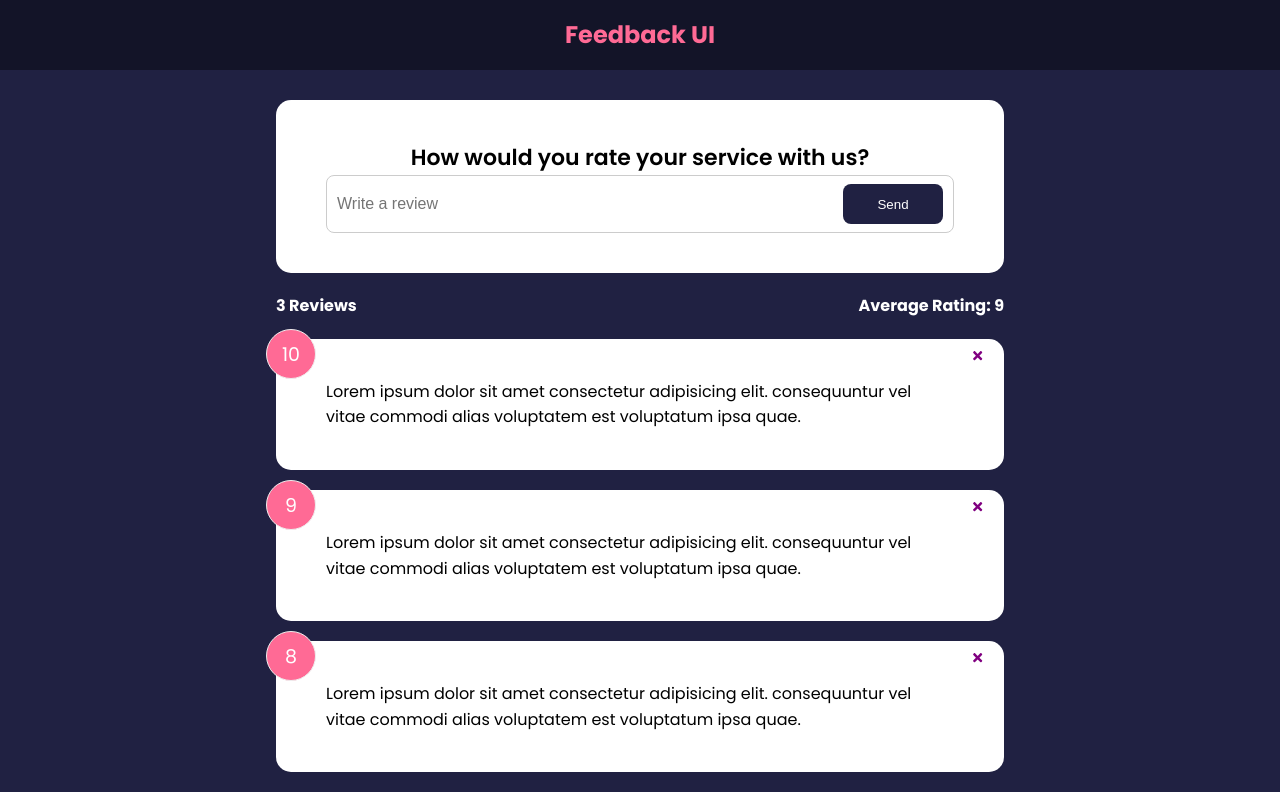
Repository: minhtien9/Feedback_App
Page: /
An editor plug-in stored every save of this project. The page is shown before and after the next save, followed by the edit.
The browser window is 1280 px wide. The pictures show the whole page.
The project was rebuilt for these pictures with package versions that can differ from the ones it lists, and the page was loaded fresh each time.

Above is the page before, as saved 2022-02-18 14:46:48.

### src/index.css
@import url('https://fonts.googleapis.com/css2?family=Poppins:wght@400;600;700&display=swap');

* {
    box-sizing: border-box;
    margin: 0;
    padding: 0;
}

body {
    font-family: 'Poppins', sans-serif;
    background-color: #202142;
    color: #fff;
    line-height: 1.6;
}

ul {
    list-style: none;
}

.container {
    max-width: 768px;
    margin: auto;
    padding: 0 20px;
}

header {
    height: 70px;
    width: 100%;
    display: flex;
    justify-content: space-between;
    align-items: center;
    margin-bottom: 30px;
}

.card {
    background-color: #fff;
    color: #333;
    border-radius: 15px;
    padding: 40px 50px;
    margin: 20px 0;
    position: relative;
}

.card.reverse {
    background-color: rgba(0, 0, 0, 0.4);
    color: #fff;
}

.card h2 {
    font-size: 22px;
    font-weight: 600;
    text-align: center;
}

.rating {
    display: flex;
    align-items: center;
    justify-content: space-around;
    margin: 30px 0 40px;
}

.rating li,
.num-display {
    position: relative;
    background: #f4f4f4;
    width: 50px;
    height: 50px;
    padding: 10px;
    text-align: center;
    border-radius: 50%;
    font-size: 19px;
    border: 1px #eee solid;
    transition: 0.3s;
}

.rating li label {
    position: absolute;
    top: 50%;
    left: 50%;
    width: 50px;
    height: 50px;
    padding: 10px;
    border-radius: 50%;
    transform: translate(-50%, -50%);
    cursor: pointer;
}

.rating li:hover,
.num-display {
    background: #ff6a95;
    color: #fff;
}

[type='radio'] {
    opacity: 0;
}

[type='radio']:checked ~ label {
    background: #ff6a95;
    color: #fff;
}

.input-group {
    display: flex;
    flex-direction: row;
    border: 1px solid #ccc;
    padding: 8px 10px;
    border-radius: 8px;
}

input {
    flex-grow: 2;
    border: none;
    font-size: 16px;
}

input:focus {
    outline: none;
}

.feedback-stats {
    color: #fff;
    display: flex;
    justify-content: space-between;
    align-items: center;
}

.num-display {
    position: absolute;
    top: -10px;
    left: -10px;
}

.close,
.edit {
    position: absolute;
    top: 10px;
    right: 20px;
    cursor: pointer;
    background: none;
    border: none;
}

.edit {
    right: 40px;
}

.btn {
    color: #fff;
    border: 0;
    border-radius: 8px;
    color: #fff;
    width: 100px;
    height: 40px;
    cursor: pointer;
}

.btn-primary {
    background-color: #202142;
}

.btn-secondary {
    background: #ff6a95;
}

.btn:hover {
    transform: scale(0.98);
    opacity: 0.9;
}

.btn:disabled {
    background-color: #cccccc;
    color: #333;
    cursor: auto;
}

.btn:disabled:hover {
    transform: scale(1);
    opacity: 1;
}

.message {
    padding-top: 10px;
    text-align: center;
    color: rebeccapurple;
}

/* FIX: Remove position: absolute to keep about icon at the bottom of the
 * document */
.about-link {
    display: flex;
    justify-content: flex-end;
}

/* FIX: Remove position: absolute to keep about icon at the bottom of the
 * document */
.about-link a {
    color: #fff;
    cursor: pointer;
}

.about-link a:hover {
    color: #ff6a95;
}

.about h1 {
    margin-bottom: 20px;
}

.about p {
    margin: 10px 0;
}

@media (max-width: 600px) {
    .rating li {
        margin: 10px 3px;
    }

    .rating {
        display: flex;
        align-items: center;
        justify-content: center;
        flex-wrap: wrap;
        margin: 30px 0 40px;
    }

    .input-group input {
        width: 80%;
    }
}

### src/App.js
import Header from './components/Header'

import FeedbackData from './data/FeedbackData'
import FeedbackList from './components/FeedbackList'

import { useState } from 'react'
import FeedbackStats from './components/FeedbackStats'
import FeedbackForm from './components/FeedbackForm'

function App() {
    const [feedback, setFeedback] = useState(FeedbackData)

    const deleteFeedback = (id) => {
        if (window.confirm('Are you sure you want to delete?')) {
            setFeedback(feedback.filter((item) => item.id !== id))
        }
    }
    return (
        <div className='App'>
            <Header />
            <div className='container'>
                <FeedbackForm />
                <FeedbackStats feedback={feedback} />
                <FeedbackList
                    feedback={feedback}
                    handeDelete={deleteFeedback}
                />
            </div>
        </div>
    )
}

export default App

### src/components/Header.jsx
import React from 'react'
import PropTypes from 'prop-types'

Header.propTypes = {
    text: PropTypes.string,
    bgColor: PropTypes.string,
    textColor: PropTypes.string,
}

Header.defaultProps = {
    text: 'Feedback UI',
    bgColor: 'rgba(0,0,0,0.4)',
    textColor: '#ff6a95',
}

function Header({ text, bgColor, textColor }) {
    const headerStyles = { background: bgColor, color: textColor }
    return (
        <header style={headerStyles}>
            <div className='container'>
                <h2>{text}</h2>
            </div>
        </header>
    )
}

export default Header

### src/data/FeedbackData.js
const FeedbackData = [
    {
        id: 1,
        rating: 10,
        text: 'Lorem ipsum dolor sit amet consectetur adipisicing elit. consequuntur vel vitae commodi alias voluptatem est voluptatum ipsa quae.',
    },
    {
        id: 2,
        rating: 9,
        text: 'Lorem ipsum dolor sit amet consectetur adipisicing elit. consequuntur vel vitae commodi alias voluptatem est voluptatum ipsa quae.',
    },
    {
        id: 3,
        rating: 8,
        text: 'Lorem ipsum dolor sit amet consectetur adipisicing elit. consequuntur vel vitae commodi alias voluptatem est voluptatum ipsa quae.',
    },
]

export default FeedbackData

### src/components/FeedbackList.jsx
import PropTypes from 'prop-types'
import FeedbackItem from './FeedbackItem'

FeedbackList.propTypes = {
    feedback: PropTypes.arrayOf(
        PropTypes.shape({
            id: PropTypes.number.isRequired,
            text: PropTypes.string.isRequired,
            rating: PropTypes.number.isRequired,
        })
    ),
}

function FeedbackList({ feedback, handeDelete }) {
    if (!feedback || feedback.length === 0) return <p>No Feedback Yet</p>
    return (
        <div className='feedback-list'>
            {feedback.map((item) => (
                <FeedbackItem
                    key={item.id}
                    item={item}
                    handeDelete={handeDelete}
                />
            ))}
        </div>
    )
}

export default FeedbackList

### src/components/FeedbackStats.jsx
import React from 'react'
import PropTypes from 'prop-types'

FeedbackStats.propTypes = {
    feedback: PropTypes.array.isRequired,
}

function FeedbackStats({ feedback }) {
    let average =
        feedback.reduce((acc, cur) => {
            return acc + cur.rating
        }, 0) / feedback.length

    average = average.toFixed(1).replace(/[.,]0$/, '')
    return (
        <div className='feedback-stats'>
            <h4>{feedback.length} Reviews</h4>
            <h4>Average Rating: {isNaN(average) ? 0 : average}</h4>
        </div>
    )
}

export default FeedbackStats

### src/components/FeedbackForm.jsx
import { useState } from 'react'
import Button from './UI/Button'
import Card from './UI/Card'

FeedbackForm.propTypes = {}

function FeedbackForm(props) {
    const [text, setText] = useState('')
    const [btnDisabled, setBtnDisabled] = useState(true)
    const [message, setMessage] = useState('')

    const handleTextChange = (e) => {
        setText(e.target.value)
    }
    return (
        <Card>
            <form>
                <h2>How would you rate your service with us?</h2>
                <div className='input-group'>
                    <input
                        onChange={handleTextChange}
                        type='text'
                        placeholder='Write a review'
                        value={text}
                    />
                    <Button type='submit'>Send</Button>
                </div>
            </form>
        </Card>
    )
}

export default FeedbackForm

### src/components/FeedbackItem.jsx
import { FaTimes } from 'react-icons/fa'
import PropTypes from 'prop-types'
import Card from './UI/Card'

FeedbackItem.propTypes = {
    item: PropTypes.object.isRequired,
}

function FeedbackItem({ item, handleDelete }) {
    return (
        <Card>
            <div className='num-display'>{item.rating}</div>
            <button onClick={() => handleDelete(item.id)} className='close'>
                <FaTimes color='purple' />
            </button>
            <div className='text-display'>{item.text}</div>
        </Card>
    )
}

export default FeedbackItem

### src/components/UI/Button.jsx
import React from 'react'
import PropTypes from 'prop-types'

Button.propTypes = {
    children: PropTypes.node.isRequired,
    version: PropTypes.string,
    type: PropTypes.string,
    isDisabled: PropTypes.bool,
}

Button.defaultProps = {
    version: 'primary',
    type: 'button',
    isDisabled: false,
}

function Button({ children, version, type, isDisabled }) {
    return (
        <button
            type={type}
            disabled={isDisabled}
            className={`btn btn-${version}`}
        >
            {children}
        </button>
    )
}

export default Button

### src/components/UI/Card.jsx
import React from 'react'
import PropTypes from 'prop-types'

Card.propTypes = {
    children: PropTypes.node.isRequired,
    reverse: PropTypes.bool,
}

Card.defaultProps = {
    reverse: false,
}

function Card({ children, reverse }) {
    return (
        <div
            className='card'
            style={{
                backgroundColor: reverse ? 'rgba(0,0,0,0.4)' : '#fff',
                color: reverse ? '#fff' : '#000',
            }}
        >
            {children}
        </div>
    )
}

export default Card

Loaded but not shown: public/index.html (common file); src/index.js (common file)

After the next save:
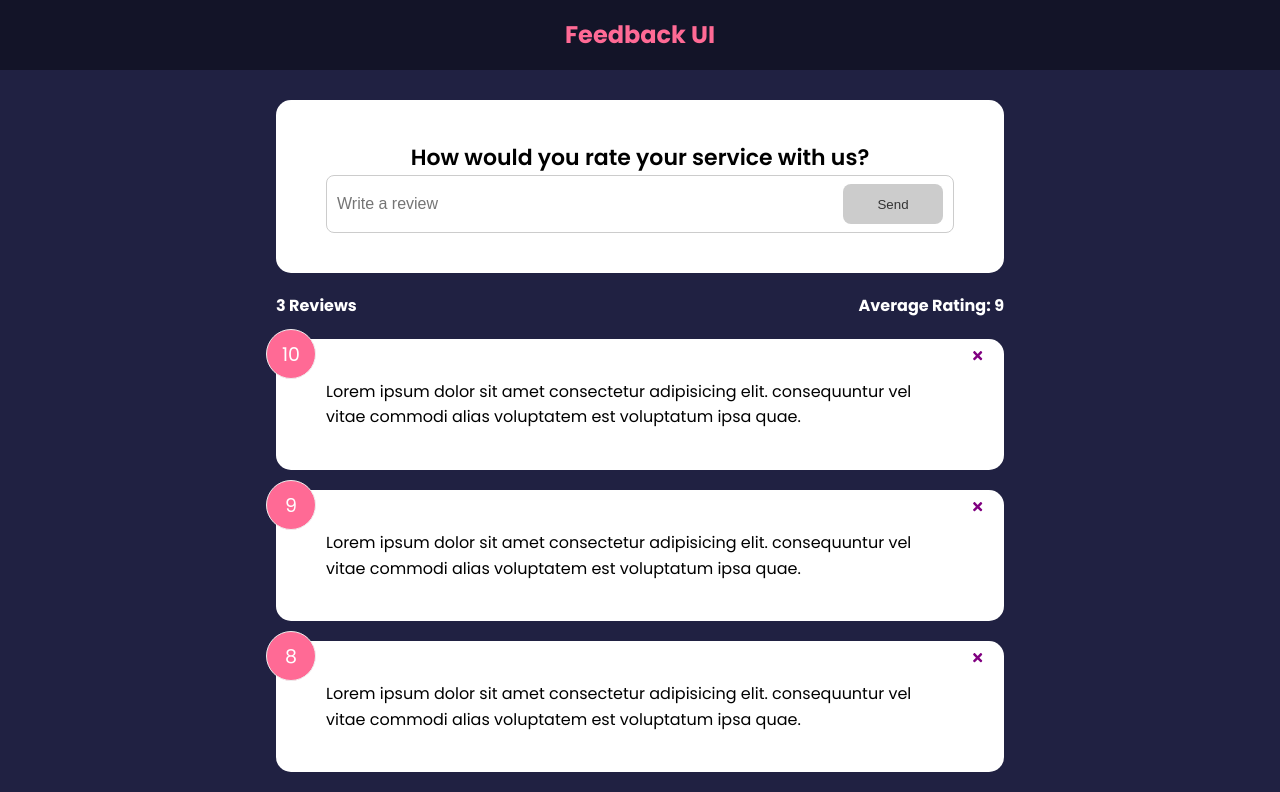
Saved 17 s later.
--- a/src/components/FeedbackForm.jsx
+++ b/src/components/FeedbackForm.jsx
@@ -23,7 +23,9 @@ function FeedbackForm(props) {
                         placeholder='Write a review'
                         value={text}
                     />
-                    <Button type='submit'>Send</Button>
+                    <Button type='submit' isDisabled={btnDisabled}>
+                        Send
+                    </Button>
                 </div>
             </form>
         </Card>
